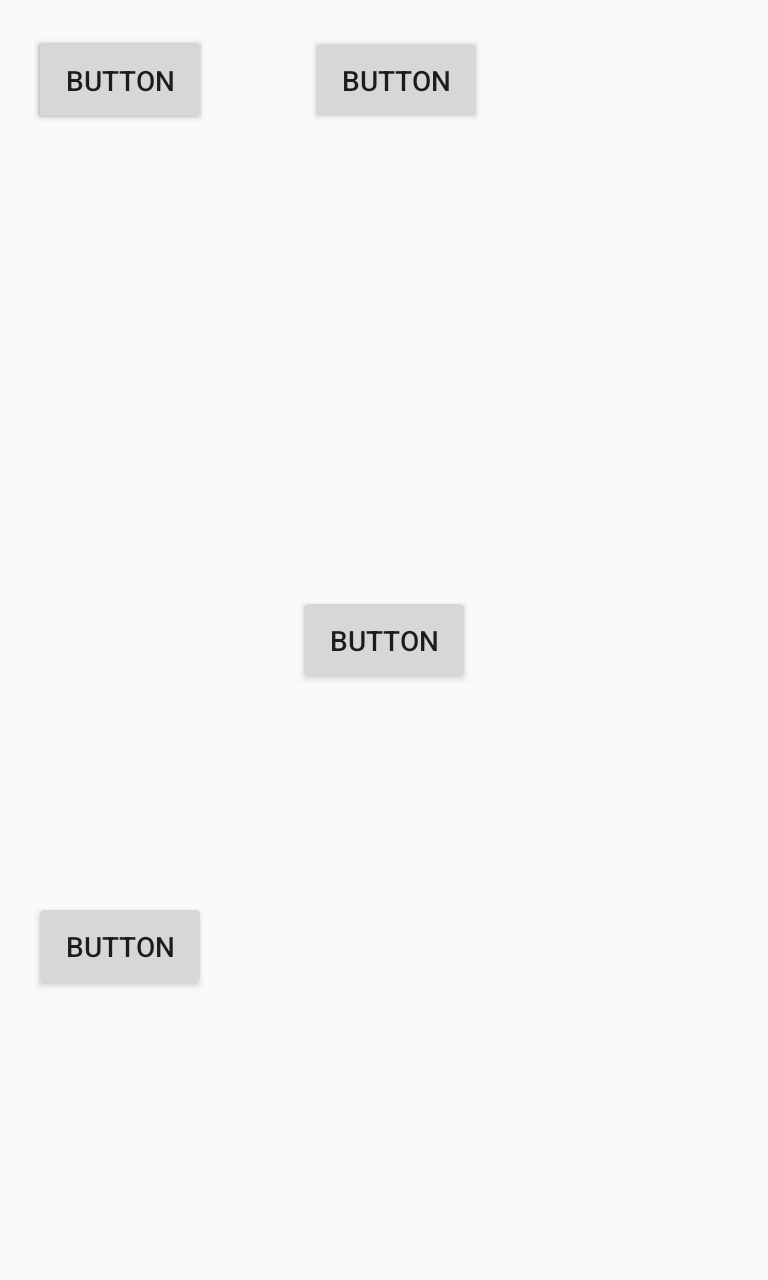
Repository: HarithaAmmuHari/Project
Layout: Relative/res/layout/activity_main.xml
An editor plug-in stored every save of this project. The layout is shown before and after the next save, followed by the edit.
It is drawn on a 768 x 1280 px phone screen (xhdpi) without system bars, with theme AppTheme; the app's code is not run.

Above is the layout before, as saved 2015-01-21 10:07:58.

After the next save:
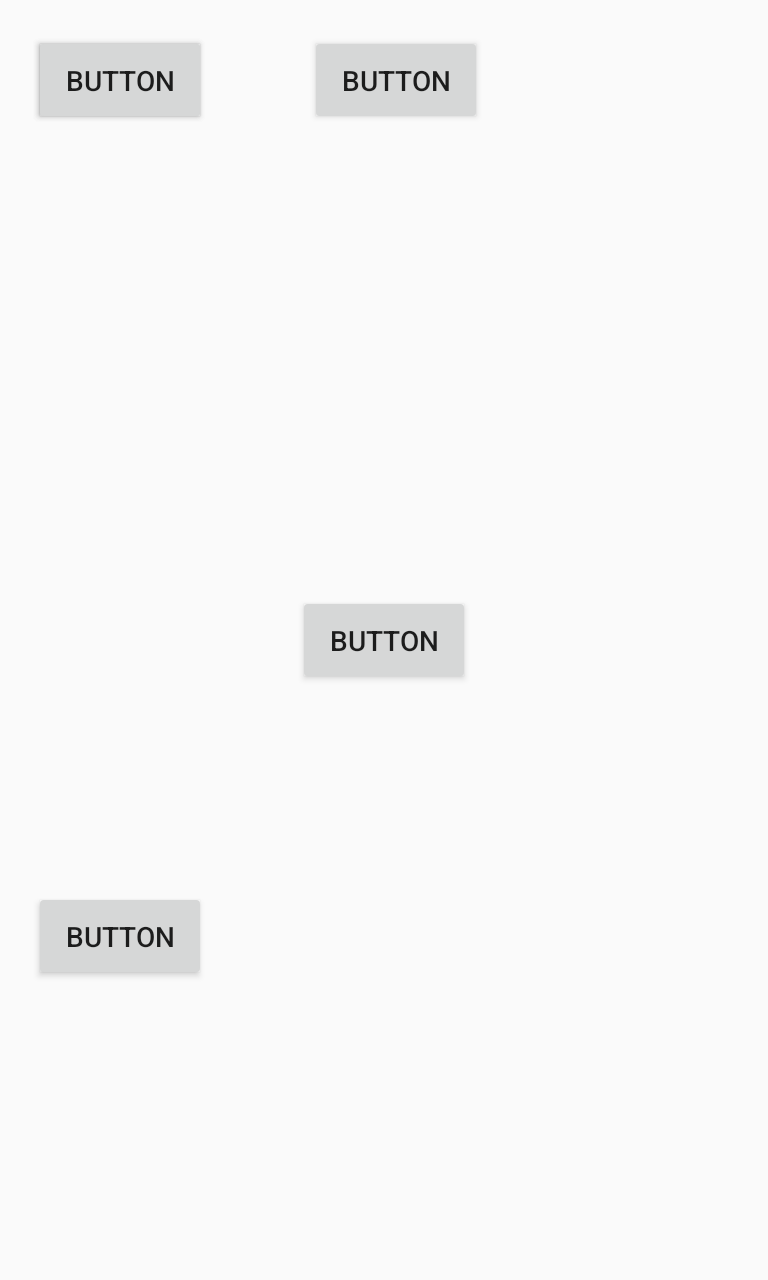
Saved 9 s later.
--- a/Relative/res/layout/activity_main.xml
+++ b/Relative/res/layout/activity_main.xml
@@ -36,7 +36,7 @@
         android:layout_width="wrap_content"
         android:layout_height="wrap_content"
         android:layout_below="@+id/button1"
-        android:layout_marginTop="385dp"
+        android:layout_marginTop="380dp"
         android:text="Button" />
 
     <Button
